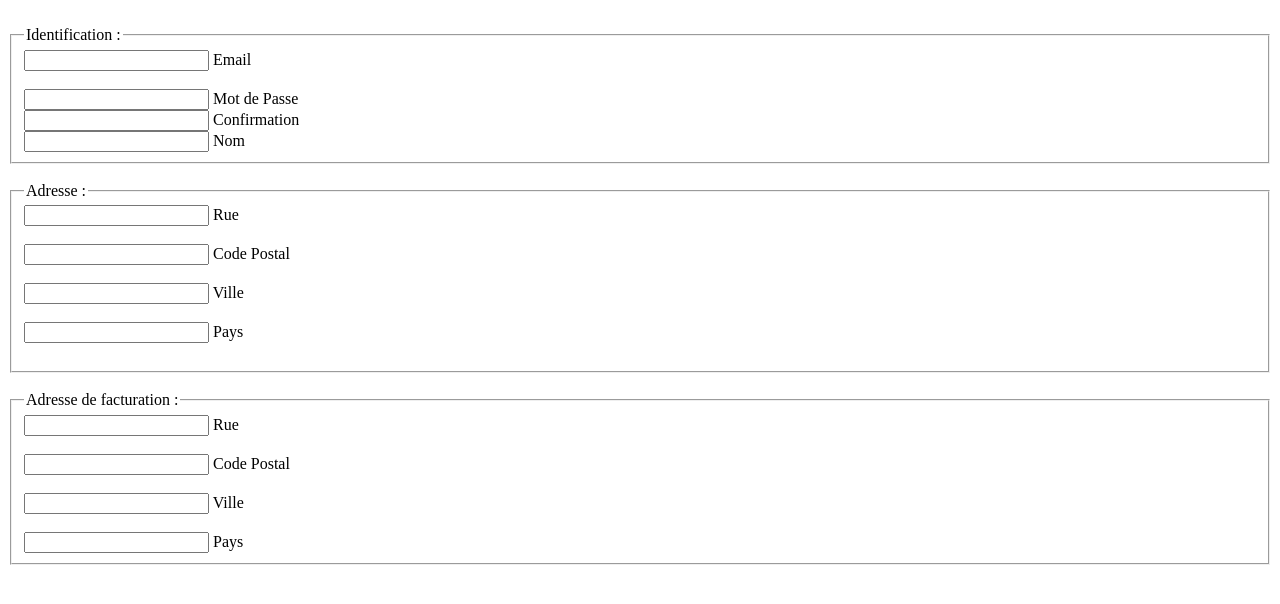
Repository: Tanox2450/ProjetFinalFrontWeb
Page: http://localhost/BoVoyageFrontOffice/fragments/formulaire.jsp
The author's editor kept a copy of each file at every save. The page is drawn from the files as they stood at one save, then again after the next save.
The browser window is 1280 px wide. The pictures show the whole page.
The page is served by Tomcat 9. Other server files are loaded and not shown.

Above is the page before, as saved 2015-08-24 14:15:49.

### BoVoyageFrontOffice/WebContent/fragments/formulaire.jsp
<%@ page language="java" contentType="text/html; charset=UTF-8"
	pageEncoding="UTF-8"%>
<!DOCTYPE html PUBLIC "-//W3C//DTD HTML 4.01 Transitional//EN" "http://www.w3.org/TR/html4/loose.dtd">
<html>
<head>
<meta http-equiv="Content-Type" content="text/html; charset=UTF-8">
<title>Insert title here</title>
</head>
<body>
	<form method="post" action="FrontController?cde=inscription">
		<br />
		<fieldset>
			<legend>Identification :</legend>
			<div
				class="mdl-textfield mdl-js-textfield mdl-textfield--floating-label">
				<input class="mdl-textfield__input" type="text" name="email"
					id="email" /> <label class="mdl-textfield__label" for="email">Email</label>
			</div>
			<br />
			<div
				class="mdl-textfield mdl-js-textfield mdl-textfield--floating-label">
				<input class="mdl-textfield__input" type="password" name="password"
					id="password" /> <label class="mdl-textfield__label"
					for="password">Mot de Passe</label>
			</div>
			<div
				class="mdl-textfield mdl-js-textfield mdl-textfield--floating-label">
				<input class="mdl-textfield__input" type="password"
					name="passwordConf" id="passwordConf" /> <label
					class="mdl-textfield__label" for="passwordConf">Confirmation</label>
			</div>
			<div
				class="mdl-textfield mdl-js-textfield mdl-textfield--floating-label">
				<input class="mdl-textfield__input" type="text" name="name"
					id="name" /> <label class="mdl-textfield__label" for="name">Nom</label>
			</div>
		</fieldset>
		<br />
		<fieldset>
			<legend>Adresse :</legend>
			<div
				class="mdl-textfield mdl-js-textfield mdl-textfield--floating-label">
				<input class="mdl-textfield__input" type="text" name="street"
					id="street" /> <label class="mdl-textfield__label" for="street">Rue</label>
			</div>
			<br />
			<div
				class="mdl-textfield mdl-js-textfield mdl-textfield--floating-label">
				<input class="mdl-textfield__input" type="text" name="postalCode"
					id="postalCode" /> <label class="mdl-textfield__label"
					for="postalCode">Code Postal</label>
			</div>
			<br />
			<div
				class="mdl-textfield mdl-js-textfield mdl-textfield--floating-label">
				<input class="mdl-textfield__input" type="text" name="city"
					id="city" /> <label class="mdl-textfield__label" for="city">Ville</label>
			</div>
			<br />
			<div
				class="mdl-textfield mdl-js-textfield mdl-textfield--floating-label">
				<input class="mdl-textfield__input" type="text" name="country"
					id="country" /> <label class="mdl-textfield__label" for="country">Pays</label>
			</div>
			<br />
		</fieldset>
		<br />
		<fieldset>
			<legend>Adresse de facturation :</legend>
			<div
				class="mdl-textfield mdl-js-textfield mdl-textfield--floating-label">
				<input class="mdl-textfield__input" type="text" name="streetFact"
					id="streetFact" /> <label class="mdl-textfield__label"
					for="streetFact">Rue</label>
			</div>
			<br />
			<div
				class="mdl-textfield mdl-js-textfield mdl-textfield--floating-label">
				<input class="mdl-textfield__input" type="text"
					name="postalCodeFact" id="postalCodeFact" /> <label
					class="mdl-textfield__label" for="postalCodeFact">Code
					Postal</label>
			</div>
			<br />
			<div
				class="mdl-textfield mdl-js-textfield mdl-textfield--floating-label">
				<input class="mdl-textfield__input" type="text" name="cityFact"
					id="cityFact" /> <label class="mdl-textfield__label"
					for="cityFact">Ville</label>
			</div>
			<br />
			<div
				class="mdl-textfield mdl-js-textfield mdl-textfield--floating-label">
				<input class="mdl-textfield__input" type="text" name="countryFact"
					id="countryFact" /> <label class="mdl-textfield__label"
					for="countryFact">Pays</label>
			</div>
		</fieldset>
	</form>
</body>
</html>

After the next save:
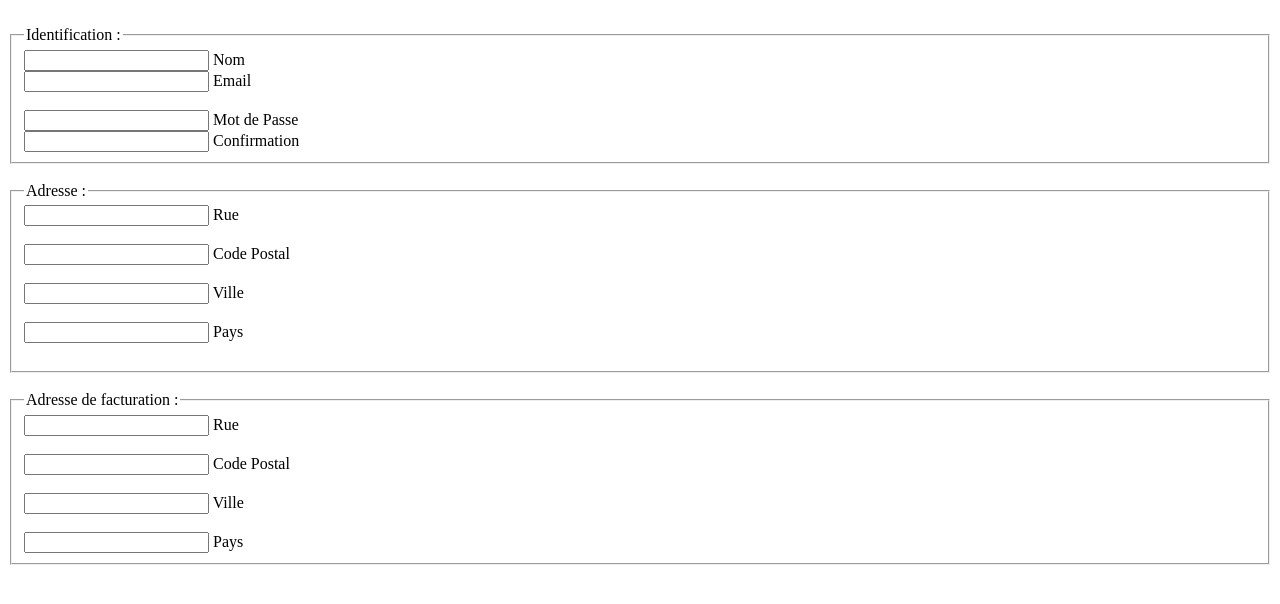
Saved 41 s later.
--- a/BoVoyageFrontOffice/WebContent/fragments/formulaire.jsp
+++ b/BoVoyageFrontOffice/WebContent/fragments/formulaire.jsp
@@ -11,6 +11,11 @@
 		<br />
 		<fieldset>
 			<legend>Identification :</legend>
+			<div
+				class="mdl-textfield mdl-js-textfield mdl-textfield--floating-label">
+				<input class="mdl-textfield__input" type="text" name="name"
+					id="name" /> <label class="mdl-textfield__label" for="name">Nom</label>
+			</div>
 			<div
 				class="mdl-textfield mdl-js-textfield mdl-textfield--floating-label">
 				<input class="mdl-textfield__input" type="text" name="email"
@@ -28,11 +33,6 @@
 				<input class="mdl-textfield__input" type="password"
 					name="passwordConf" id="passwordConf" /> <label
 					class="mdl-textfield__label" for="passwordConf">Confirmation</label>
-			</div>
-			<div
-				class="mdl-textfield mdl-js-textfield mdl-textfield--floating-label">
-				<input class="mdl-textfield__input" type="text" name="name"
-					id="name" /> <label class="mdl-textfield__label" for="name">Nom</label>
 			</div>
 		</fieldset>
 		<br />
